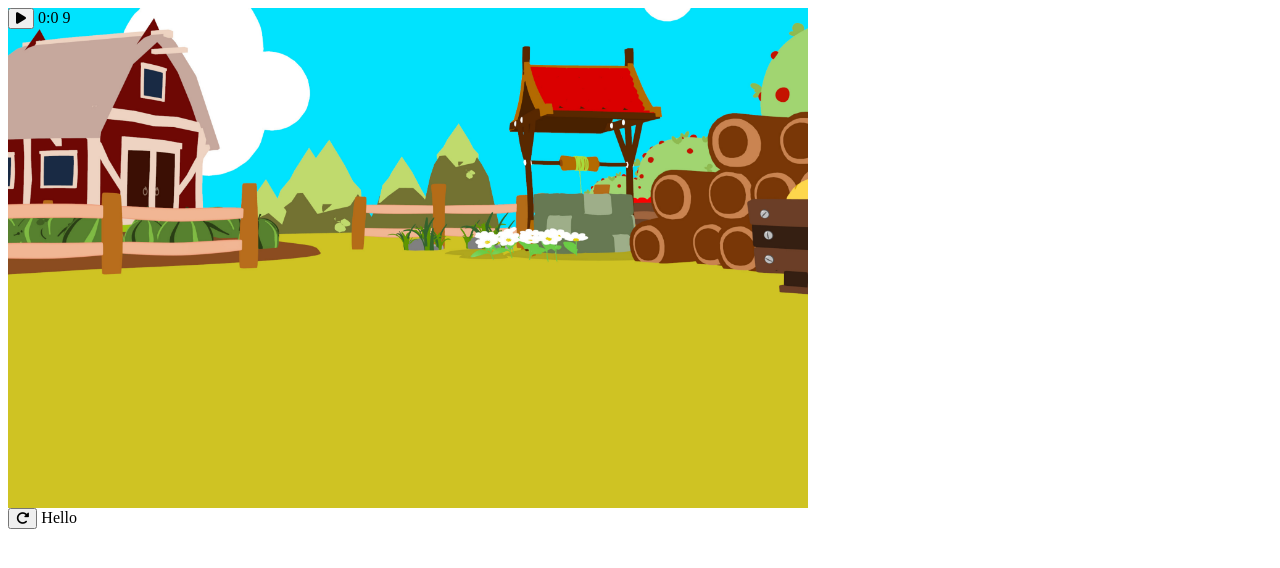
Repository: yoon-dh/JS_Prac
Page: carrot_game/index.html
An editor plug-in stored every save of this project. The page is shown before and after the next save, followed by the edit.
The browser window is 1280 px wide. The pictures show the whole page.
Some web libraries are served in a nearby version.

Above is the page before, as saved 2023-06-23 21:45:31.

### carrot_game/index.html
<!DOCTYPE html>
<html lang="en">
  <head>
    <meta charset="UTF-8" />
    <meta http-equiv="X-UA-Compatible" content="IE=edge" />
    <meta name="viewport" content="width=device-width, initial-scale=1.0" />
    <link rel="stylesheet" href="style.css" />
    <script src="main.js"></script>
    <script
      src="https://kit.fontawesome.com/c0bdee06fd.js"
      crossorigin="anonymous"
    ></script>
    <link
      href="https://cdnjs.cloudflare.com/ajax/libs/font-awesome/6.4.0/css/all.min.css"
      rel="stylesheet"
    />
    <title>Carrot Game</title>
  </head>
  <body>
    <section class="game">
      <header class="game__header">
        <button class="game__button">
          <i class="fa-solid fa-play"></i>
        </button>
        <span class="game__tiemr">0:0</span>
        <span class="game__score">9</span>
      </header>
      <section class="game__field"></section>
    </section>
    <section class="pop-up">
      <button class="pop-up__refresh">
        <i class="fas fa-regular fa-rotate-right"></i>
      </button>
      <span class="pop-up__message">Hello</span>
    </section>
  </body>
</html>

### carrot_game/style.css
.game {
  width: 800px;
  height: 500px;
  background: url(img/background.png) center/cover;
  display: flex;
  flex-direction: column;
}

.game__header {
}

.game__field {
  width: 100%;
    height: 100%
  background-color: blue;
}

Loaded but not shown: carrot_game/main.js (no stored copy; drawn as an empty file)

After the next save:
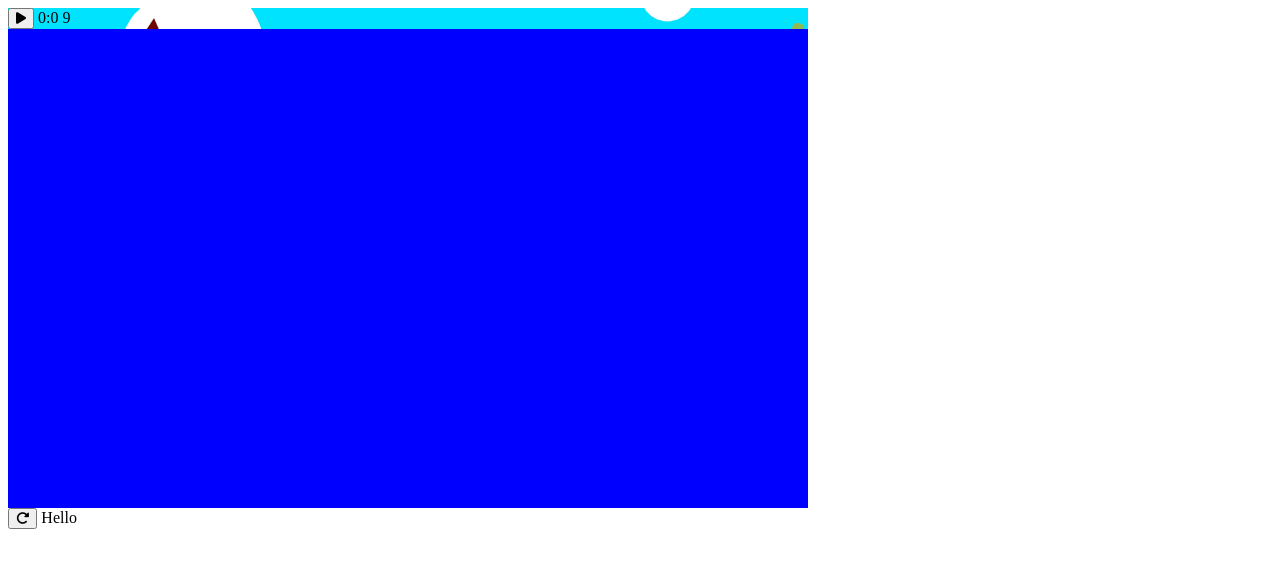
Saved 4 s later.
--- a/carrot_game/style.css
+++ b/carrot_game/style.css
@@ -11,6 +11,6 @@
 
 .game__field {
   width: 100%;
-    height: 100%
+  height: 100%;
   background-color: blue;
 }
